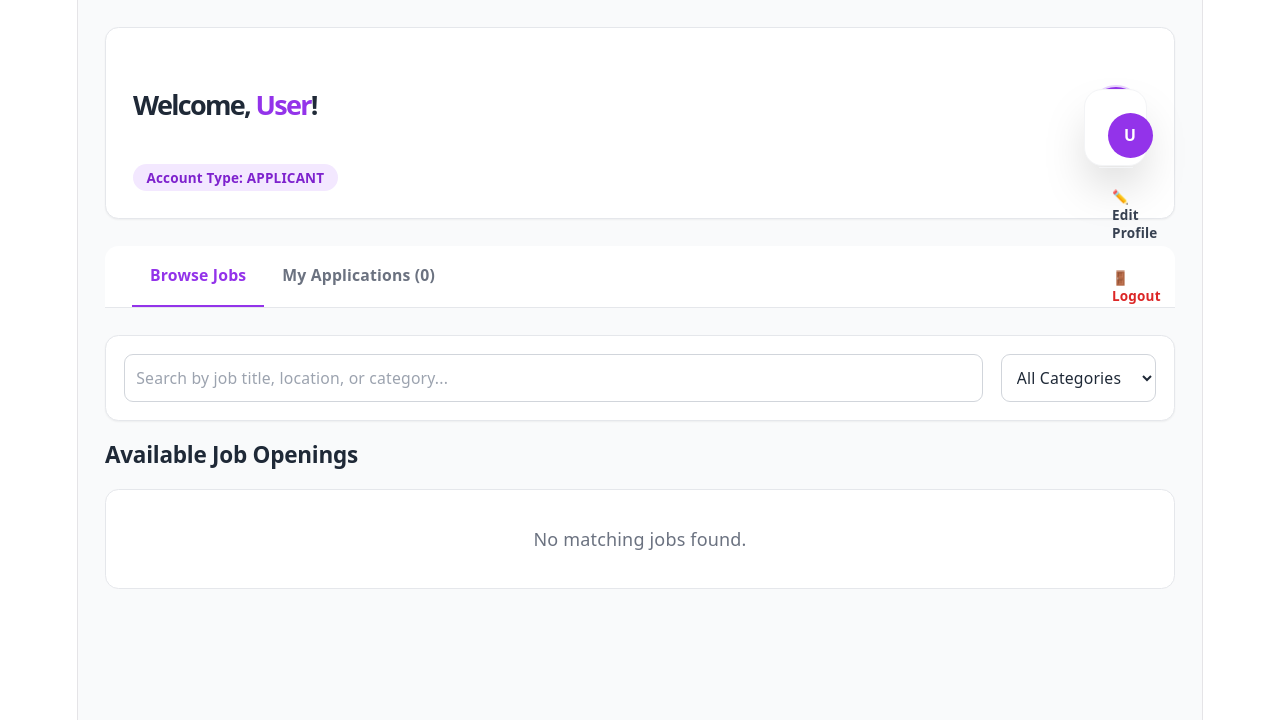
Repository: mdkawsarjomadder/job-portal
Page: /dashboard (app in job-portal/frontend/), after clicking the first element matching `button.flex`
These files come from the project's save history. The page is drawn as it stood at one moment and after the next save; the edit follows.
The browser window is 1280 px wide. The pictures show the whole page.
The page's requests for data from a server got no answer. The project was rebuilt for these pictures with package versions that can differ from the ones it lists, and the page was loaded fresh each time. No one was signed in, and anything a server would have sent is missing. Also part of the build but not shown: job-portal/frontend/vite.config.js, job-portal/frontend/src/pages/Login.jsx, job-portal/frontend/src/pages/Register.jsx, job-portal/frontend/src/pages/EmployerDashboard.jsx, job-portal/frontend/src/pages/MyApplications.jsx, job-portal/frontend/src/pages/CreateJob.jsx, job-portal/frontend/src/pages/Home.jsx. Imported but missing from the stored project, and not drawn on this page: job-portal/frontend/src/pages/Profile.

Above is the page before, as saved 2026-09-18 21:28:09.

After the next save:
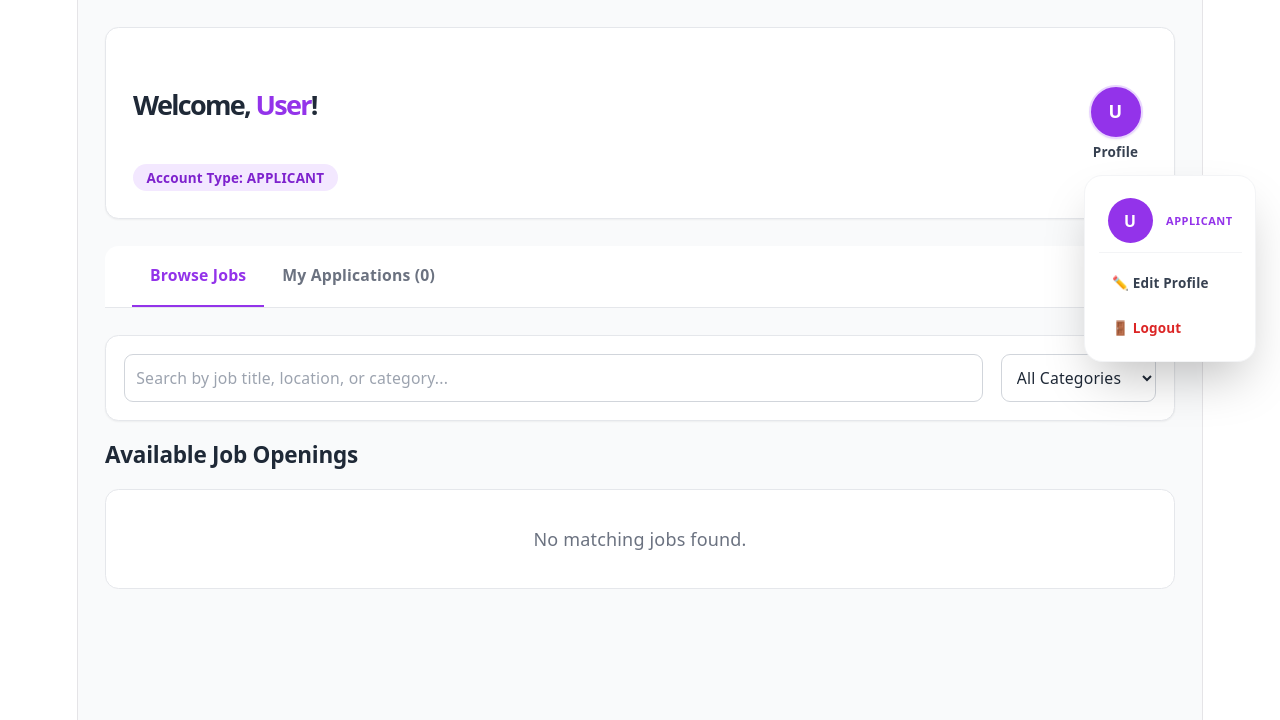
Saved 60 s later.
--- a/job-portal/frontend/src/pages/ApplicantDashboard.jsx
+++ b/job-portal/frontend/src/pages/ApplicantDashboard.jsx
@@ -228,7 +228,7 @@ export default function ApplicantDashboard() {
 
             {/* Dropdown Menu - Position Fixed to Align Correctly */}
             {isDropdownOpen && (
-              <div className="absolute inset-0 mt-2 w-50 bg-white rounded-2xl shadow-2xl border border-gray-100 p-3 z-50 transform origin-top-right transition-all">
+              <div className="absolute  mt-2 w-50 bg-white rounded-2xl shadow-2xl border border-gray-100 p-3 z-50 transform origin-top-right transition-all">
                 {/* Header User Details */}
                 <div className="flex items-center gap-3 p-2 border-b border-gray-100 mb-2">
                   <div className="w-10 h-10 rounded-full bg-purple-600 text-white font-bold text-sm flex items-center justify-center overflow-hidden shrink-0">
